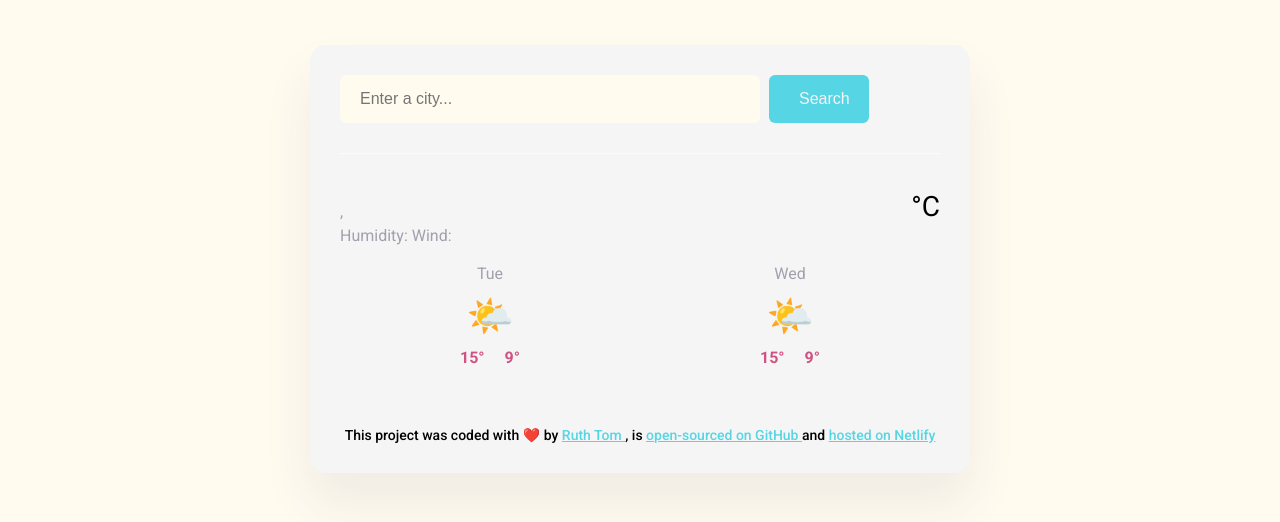
Repository: RuthTom711/Weatherly-App
Page: index.html
An editor plug-in stored every save of this project. The page is shown before and after the next save, followed by the edit.
The browser window is 1280 px wide. The pictures show the whole page.
The page's requests for data from a server got no answer. Some web libraries are served in a nearby version.

Above is the page before, as saved 2025-11-13 20:27:28.
Console error (its wording comes from the project's code and is left out).

After the next save:
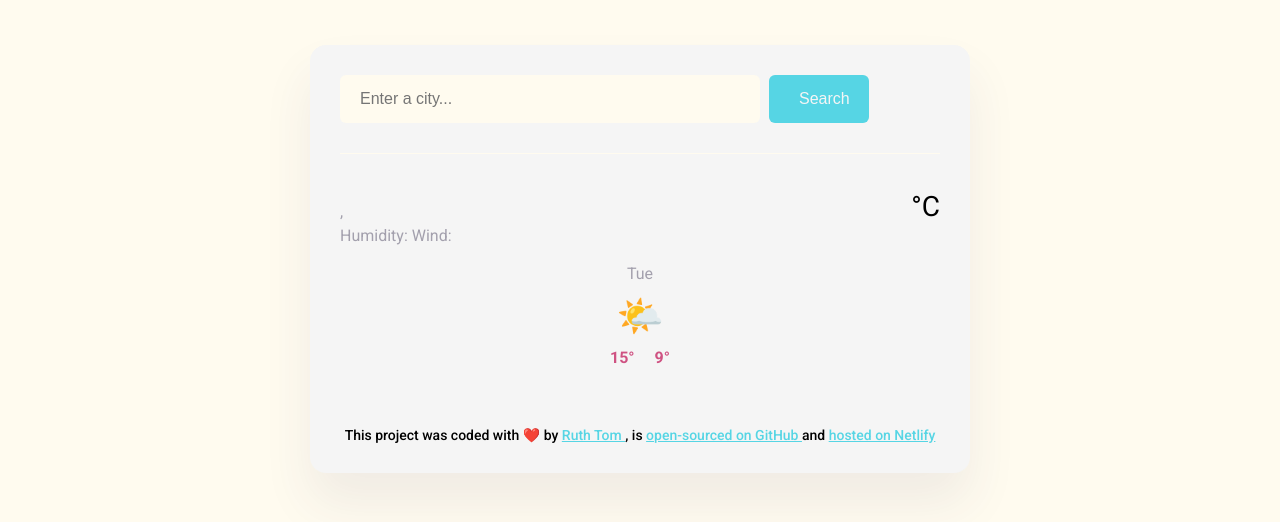
Saved 7 s later.
--- a/index.html
+++ b/index.html
@@ -57,14 +57,7 @@
             </div>
           </div>
 
-          <div class="weather-forecast-day">
-            <div class="weather-forecast-date">Wed</div>
-            <div class="weather-forecast-icon">🌤️</div>
-            <div class="weather-forecast-temperatures">
-              <div class="weather-forecast-temperature"><strong>15°</strong></div>
-              <div class="weather-forecast-temperature"><strong>9°</strong></div>
-            </div>
-          </div>
+
 
 
 
